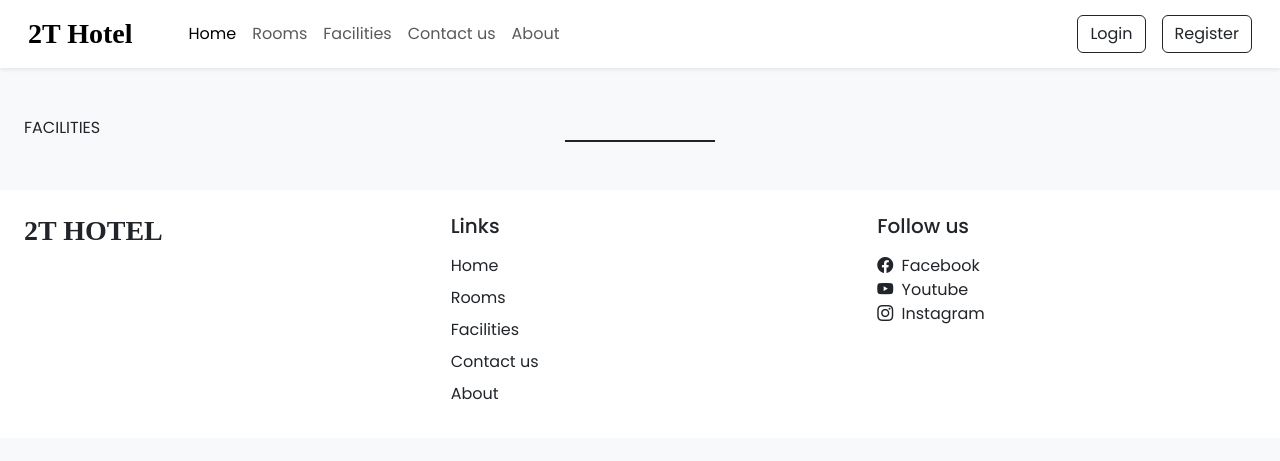
Repository: ntruong0906/desktop-tutorial
Page: http://localhost/facilities.php
These files come from the project's save history. The page is drawn as it stood at one moment and after the next save; the edit follows.
The browser window is 1280 px wide. The pictures show the whole page.
Some web fonts or font styles are not loaded; a fallback is used. The page is run by PHP 8.4 with error messages shown; the project is at /var/www/html/.

Above is the page before, as saved 2024-03-17 16:19:37.

### WebsiteBookingHotel/facilities.php
<!DOCTYPE html>
<html lang="en">

<head>
    <meta charset="UTF-8">
    <meta http-equiv="X-UA-Compatible" content="IE-edge">
    <meta name="viewport" content="width=device-width, initial-scale=1.0">
    <title>2T Hotel - FACILITIES</title>
    <?php require('inc/links.php'); ?>
    <link rel="stylesheet" href="https://cdn.jsdelivr.net/npm/swiper@11/swiper-bundle.min.css" />
    <style>
    @media screen and (max-width: 575px) {
        .availability-form {
            margin: 25px;
            padding: 0 35px;
        }
    }
    </style>
</head>

<body class="bg-light">
    <?php require('inc/header.php'); ?>

    <div class="my-5 px-4">
        FACILITIES</h2>
        <div class="h-line bg-dark"></div>
    </div>
    <!-- footer -->
    <?php require('inc/footer.php'); ?>




    <!-- <script src="https://cdn.jsdelivr.net/npm/swiper@11/swiper-bundle.min.js"></script>
    <script src="https://cdn.jsdelivr.net/npm/bootstrap@5.3.3/dist/js/bootstrap.bundle.min.js"
        integrity="sha384-YvpcrYf0tY3lHB60NNkmXc5s9fDVZLESaAA55NDzOxhy9GkcIdslK1eN7N6jIeHz" crossorigin="anonymous">
    </script> -->
    <!-- <script>
    var swiper = new Swiper(".swiper-container", {
        spaceBetween: 30,
        effect: "fade",
        loop: true,
        autoplay: {
            delay: 3500,
            disableOnInteraction: false,
        }
    });
    var swiper = new Swiper(".swiper-testimonials", {
        effect: "coverflow",
        grabCursor: true,
        centeredSlides: true,
        slidesPerView: "auto",
        slidesPerView: "3",
        loop: true,
        coverflowEffect: {
            rotate: 50,
            stretch: 0,
            depth: 100,
            modifier: 1,
            slideShadows: false,
        },
        pagination: {
            el: ".swiper-pagination",
        },
        breakpoints: {
            320: {
                slidesPerView: 1,
            },
            640: {
                slidesPerView: 1,
            },
            768: {
                slidesPerView: 2,
            },
            1024: {
                slidesPerView: 3,
            },
        }
    });
    </script> -->
</body>

</html>

### WebsiteBookingHotel/inc/links.php
<link href="https://cdn.jsdelivr.net/npm/bootstrap@5.3.3/dist/css/bootstrap.min.css" rel="stylesheet"
    integrity="sha384-QWTKZyjpPEjISv5WaRU9OFeRpok6YctnYmDr5pNlyT2bRjXh0JMhjY6hW+ALEwIH" crossorigin="anonymous">
<link href="https://fonts.googleapis.com/css2?family=Merienda:wght@400;700&family=Poppins:wght@400;500;600&display=swap"
    rel="stylesheet">
<link rel="stylesheet" href="https://cdn.jsdelivr.net/npm/bootstrap-icons@1.11.3/font/bootstrap-icons.min.css">
<link rel="stylesheet" href="css/common.css">

### WebsiteBookingHotel/inc/header.php
<nav class="navbar navbar-expand-lg navbar-light bg-white px-lg-3 py-lg-2 shadow-sm sticky-top">
    <div class="container-fluid">
        <a class="navbar-brand me-5 fw-bold fs-3 h-font" href="index.php">2T Hotel</a>
        <button class="navbar-toggler shadow-none" type="button" data-bs-toggle="collapse"
            data-bs-target="#navbarSupportedContent" aria-controls="navbarSupportedContent" aria-expanded="false"
            aria-label="Toggle navigation">
            <span class="navbar-toggler-icon"></span>
        </button>
        <div class="collapse navbar-collapse" id="navbarSupportedContent">
            <ul class="navbar-nav me-auto mb-2 mb-lg-0">
                <li class="nav-item">
                    <a class="nav-link active" aria-current="page" href="index.php">Home</a>
                </li>
                <li class="nav-item">
                    <a class="nav-link" href="#">Rooms</a>
                </li>
                <li class="nav-item">
                    <a class="nav-link" href="facilities.php">Facilities</a>
                </li>
                <li class="nav-item">
                    <a class="nav-link" href="#">Contact us</a>
                </li>
                <li class="nav-item">
                    <a class="nav-link" href="#">About</a>
                </li>
            </ul>
            <div class="d-flex">
                <button type="button" class="btn btn-outline-dark shadow-none me-lg-3 me-2" data-bs-toggle="modal"
                    data-bs-target="#loginModal">
                    Login
                </button>
                <button type="button" class="btn btn-outline-dark shadow-none " data-bs-toggle="modal"
                    data-bs-target="#registerModal">
                    Register
                </button>
            </div>
        </div>
    </div>
</nav>

<!-- login -->
<div class="modal fade" id="loginModal" data-bs-backdrop="static" data-bs-keyboard="false" tabindex="-1"
    aria-labelledby="staticBackdropLabel" aria-hidden="true">
    <div class="modal-dialog">
        <div class="modal-content">
            <form>
                <div class="modal-header">
                    <h5 class="modal-title d-flex align-item-center">
                        <i class="bi bi-person-circle fs-5 me-2"></i> User login
                    </h5>
                    <button type="reset" class="btn-close shadow-none" data-bs-dismiss="modal"
                        aria-label="Close"></button>
                </div>
                <div class="modal-body">
                    <div class="mb-3">
                        <label class="form-label">Email address</label>
                        <input type="email" class="form-control shadow-none">
                    </div>
                    <div class="mb-4">
                        <label class="form-label">Password</label>
                        <input type="password" class="form-control shadow-none">
                    </div>
                    <div class="d-flex align-items-center justify-content-between mb-2">
                        <button type="submit" class="btn btn-dark shadow-none">LOGIN</button>
                        <a href="javascript: void(0)" class="text-secondary text-decoration-none">Forgot
                            Password?</a>
                    </div>
                </div>
            </form>
        </div>
    </div>
</div>

<!-- Register -->
<div class="modal fade" id="registerModal" data-bs-backdrop="static" data-bs-keyboard="false" tabindex="-1"
    aria-labelledby="staticBackdropLabel" aria-hidden="true">
    <div class="modal-dialog modal-lg">
        <div class="modal-content">
            <form>
                <div class="modal-header">
                    <h5 class="modal-title d-flex align-item-center">
                        <i class="bi bi-person-lines-fill fs-5 me-2"></i>
                        User Registration
                    </h5>
                    <button type="reset" class="btn-close shadow-none" data-bs-dismiss="modal"
                        aria-label="Close"></button>
                </div>
                <div class="modal-body">
                    <span class="badge rounded-pill bg-light text-dark mb-3 text-wrap lh-base">
                        Note: Your details must match with your ID (Aadhar card, passport, driving license, etc.)
                        that will be required dring check-in.
                    </span>
                    <div class="container-fluid">
                        <div class="row">
                            <!-- Name -->
                            <div class="col-md-6 ps-0 mb-3">
                                <label class="form-label">Name</label>
                                <input type="text" class="form-control shadow-none">
                            </div>
                            <!-- Email -->
                            <div class="col-md-6 p-0 mb-3">
                                <label class="form-label">Email</label>
                                <input type="email" class="form-control shadow-none">
                            </div>
                            <!-- Phone Number -->
                            <div class="col-md-6 ps-0 mb-3">
                                <label class="form-label">Phone Number</label>
                                <input type="number" class="form-control shadow-none">
                            </div>
                            <!-- Picture -->
                            <div class="col-md-6 p-0 mb-3">
                                <label class="form-label">Picture</label>
                                <input type="file" class="form-control shadow-none">
                            </div>
                            <!-- Address -->
                            <div class="col-md-12 p-0 mb-3">
                                <label class="form-label">Address</label>
                                <textarea class="form-control shadow-none" rows="1"></textarea>
                            </div>
                            <!-- Pincode -->
                            <div class="col-md-6 ps-0 mb-3">
                                <label class="form-label">Pincode</label>
                                <input type="number" class="form-control shadow-none">
                            </div>
                            <!-- Date of birth -->
                            <div class="col-md-6 p-0 mb-3">
                                <label class="form-label">Date of birth</label>
                                <input type="date" class="form-control shadow-none">
                            </div>
                            <!-- Password -->
                            <div class="col-md-6 ps-0 mb-3">
                                <label class="form-label">Password</label>
                                <input type="password" class="form-control shadow-none">
                            </div>
                            <!-- Comfirm Password -->
                            <div class="col-md-6 p-0 mb-3">
                                <label class="form-label">Comfirm Password</label>
                                <input type="password" class="form-control shadow-none">
                            </div>
                        </div>
                    </div>
                    <div class="text-center my-1">
                        <button type="submit" class="btn btn-dark shadow-none">REGISTER</button>
                    </div>
                </div>
            </form>
        </div>
    </div>
</div>

### WebsiteBookingHotel/inc/footer.php
<div class="container-fluid bg-white mt-5">
    <div class="row">
        <div class="col-lg-4 p-4">
            <h3 class="h-font fw-bold fs-3">2T HOTEL</h3>
            <p>

            </p>
        </div>
        <div class="col-lg-4 p-4">
            <h5 class="mb-3">Links</h5>
            <a href="#" class="d-inline-block mb-2 text-dark text-decoration-none">Home</a><br>
            <a href="#" class="d-inline-block mb-2 text-dark text-decoration-none">Rooms</a><br>
            <a href="#" class="d-inline-block mb-2 text-dark text-decoration-none">Facilities</a><br>
            <a href="#" class="d-inline-block mb-2 text-dark text-decoration-none">Contact us</a><br>
            <a href="#" class="d-inline-block mb-2 text-dark text-decoration-none">About</a>
        </div>
        <div class="col-lg-4 p-4">
            <h5 class="mb-3">Follow us</h5>
            <a href="#" class="d-inline-block text-dark text-decoration-none md-2">
                <i class="bi bi-facebook me-1"></i> Facebook
            </a><br>
            <a href="#" class="d-inline-block text-dark text-decoration-none md-2">
                <i class="bi bi-youtube me-1"></i> Youtube
            </a><br>
            <a href="#" class="d-inline-block text-dark text-decoration-none ">
                <i class="bi bi-instagram me-1"></i> Instagram
            </a><br>
        </div>
    </div>
</div>

### WebsiteBookingHotel/css/common.css
:root{
    --teal: #2ec1ac;
    --teal_hover: #279e8c;
}

* {
    font-family: 'Poppins', sans-serif;
}

.h-font {
    font-family: 'Merienda', cursive;
}

input::-webkit-outer-spin-button,
input::-webkit-inner-spin-button {
    -webkit-appearance: none;
    margin: 0;
}

/* input[type=number] {
    -moz-appearance: textfield;
} */

.custom-bg {
    background-color: var(--teal);
    border: 1px solid var(--teal);
}

.custom-bg:hover {
    background-color: var(--teal_hover);
    border-color: var(--teal_hover);
}

.availability-form {
    margin-top: -50px;
    z-index: 2;
    position: relative;
}
.h-line{
    width: 150px ;
    margin: 0 auto;
    height: 1.7px;
}

After the next save:
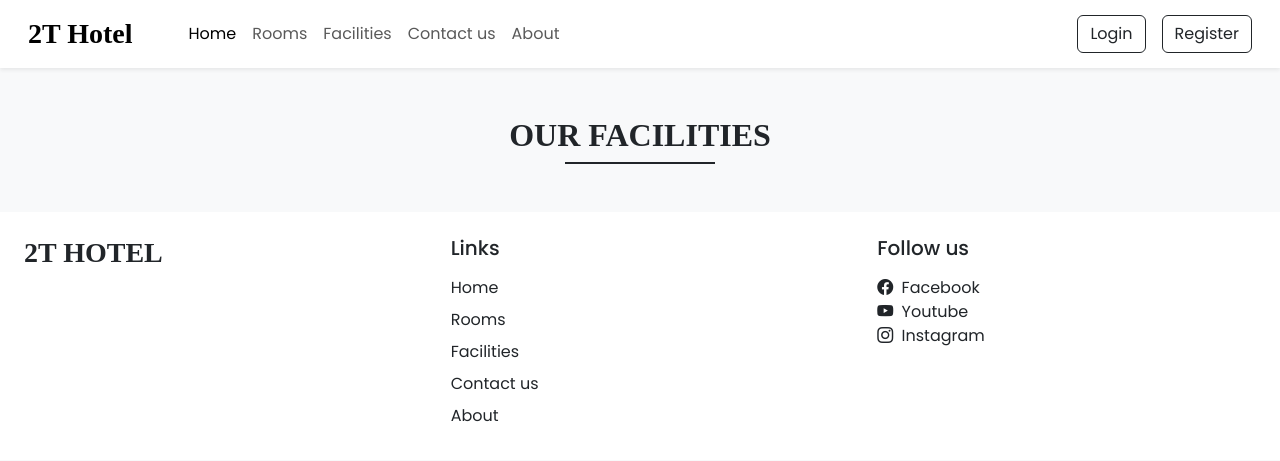
Saved 92 s later.
--- a/WebsiteBookingHotel/facilities.php
+++ b/WebsiteBookingHotel/facilities.php
@@ -22,7 +22,7 @@
     <?php require('inc/header.php'); ?>
 
     <div class="my-5 px-4">
-        FACILITIES</h2>
+        <h2 class="fw-bold h-font text-center">OUR FACILITIES</h2>
         <div class="h-line bg-dark"></div>
     </div>
     <!-- footer -->
